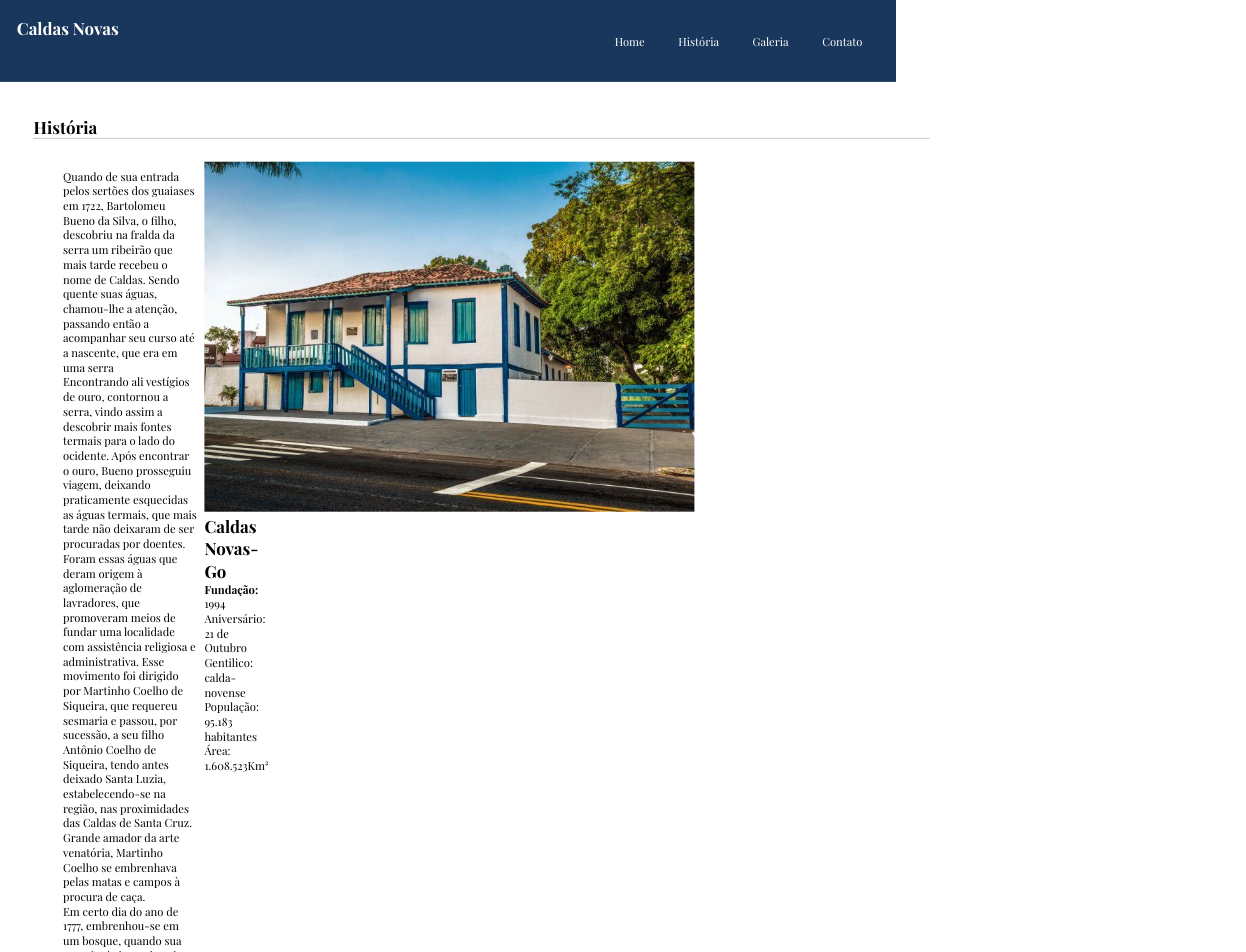
Repository: AbiezerSidonioJoseOdanacaJunior/DesafioLocalTuristico
Page: index.html
An editor plug-in stored every save of this project. The page is shown before and after the next save, followed by the edit.
The browser window is 1280 px wide. The page is 1352 px wide, then 1780 px, so the pictures cover 1780 px, including what lies to the right of the window. The pictures show the part of the page from y = 0 to 1360 px (the page is 2893 px tall before and 968 px after), at 70% of full size.
Some web fonts or font styles are not loaded; a fallback is used.

Above is the page before, as saved 2024-11-11 15:55:39.

### index.html
<!DOCTYPE html>
<html lang="pt-br">
<head>
    <link rel="preconnect" href="https://fonts.googleapis.com">
    <link rel="preconnect" href="https://fonts.gstatic.com" crossorigin>
    <meta charset="UTF-8">
    <meta name="viewport" content="width=device-width, initial-scale=1.0">
    <title>Caldas Novas</title>
    <link rel="stylesheet" href="./css/style.css">
    <link href="https://fonts.googleapis.com/css2?family=Alice&family=Playfair+Display:ital,wght@0,400..900;1,400..900&display=swap" rel="stylesheet">
</head>
<body>
    <div id="page">
        <nav>
            <!-- <img src="./img/clds.png" alt="logo Caldas novas"> -->
             <h1>Caldas Novas</h1>
            <ul>
                <li><a href="#home">Home</a></li>
                <li><a href="#history">História</a></li>
                <li><a href="#gallery">Galeria</a></li>
                <li><a href="#contact">Contato</a></li>
            </ul>
        </nav>
        <main>
            <section id="history">
                <h1>História</h1>
                <hr>
               <div id="about">
                <div id="text-history">
                    <p>Quando de sua entrada pelos sertões dos guaiases em 1722, Bartolomeu Bueno da Silva, o filho, descobriu na fralda da serra um ribeirão que mais tarde recebeu o nome de Caldas. Sendo quente suas águas, chamou-lhe a atenção, passando então a acompanhar seu curso até a nascente, que era em uma serra</p>
                    <p>Encontrando ali vestígios de ouro, contornou a serra, vindo assim a descobrir mais fontes termais para o lado do ocidente. Após encontrar o ouro, Bueno prosseguiu viagem, deixando praticamente esquecidas as águas termais, que mais tarde não deixaram de ser procuradas por doentes.</p>
                    <p>Foram essas águas que deram origem à aglomeração de lavradores, que promoveram meios de fundar uma localidade com assistência religiosa e administrativa. Esse movimento foi dirigido por Martinho Coelho de Siqueira, que requereu sesmaria e passou, por sucessão, a seu filho Antônio Coelho de Siqueira, tendo antes deixado Santa Luzia, estabelecendo-se na região, nas proximidades das Caldas de Santa Cruz.</p>
                    <p>Grande amador da arte venatória, Martinho Coelho se embrenhava pelas matas e campos à procura de caça.</p>
                    <p>Em certo dia do ano de 1777, embrenhou-se em um bosque, quando sua atenção é chamada pelos ganidos da matilha, que, no ardor da corrida haviam-se lançado em umas águas que se encontravam no caminho. Verifica, assim, serem as mesmas excessivamente quentes.</p>
                    <p>Foram, então, descobertas as fontes termais que ficaram conhecidas como Caldas de Pirapitinga. Ainda naquele mesmo ano, Martinho Coelho descobre, a 16 de fevereiro, as fontes termais que margeiam o córrego de Lavras, que receberam o nome de Caldas Novas (atualmente ali, se localiza o Balneário Municipal). Ao mesmo tempo, descobriu também ouro em abundância, sendo a razão de haver requerido sesmaria naquela região. Construindo uma propriedade à margem esquerda do córrego de Lavras, ali se estabeleceu, denominando o local de Fazenda das Caldas, dedicando-se à extração de ouro que existia em abundância.</p>
                    <p>Propagada a existência do ouro das Lavras, levas de garimpeiros dirigiram-se ao local no afã de fazer fortuna. O serviço de garimpagem dia a dia tornava-se mais intenso, formando-se grandes lavras ao longo do córrego, pouco acima das fontes. Por esse motivo, recebeu o nome de córrego das Lavras. Não ·apenas os garimpeiros atraíam os forasteiros como também as fontes termais arrastavam ao local certo número de enfermos.</p>
                    <p>Com o movimento, foram sendo construídas as primeiras habitações que se enfileiravam ao longo do córrego, nas imediações da fazenda Caldas, formando-se ‘assim a primeira povoação, que fica hoje ao lado oposto da atual cidade de Caldas Novas, na margem esquerda do ribeirão.</p>
                </div>
                <div id="image-history">
                    <img src="./img/imghistory.jpg" alt="Imagem Caldas">
                    <h2>Caldas Novas-Go</h2>
                    <p><b>Fundação:</b> 1994 </p>
                    <p>Aniversário: 21 de Outubro </p>
                    <p>Gentilico: calda-novense </p>
                    <p>População: 95.183 habitantes</p>
                    <p>Área: 1.608.523Km²</p>
                </div>
               </div>
            </section>
        </main>
    </div>

</body>
</html>

### css/style.css
* {
    padding: 0;
    margin: 0;
}
body{
    font-family: "Playfair Display", serif;
}

nav {
    display: flex;
    background-color: #19375c;
}

nav img {
    width: 116px;
    height: 92px;
}

nav h1{
    color:#fff;
    padding: 24px;
}

ul{
    display: flex;
    padding: 24px;
    margin-left: auto;
}

ul li {
    padding: 24px;
    list-style: none;
}

ul li a {
    text-decoration: none;
    color: #fff;
}

#history {
    width: 100%;
    padding: 24px;
    margin: 24px;
}

#about {
    width: 100%;
    display: flex;
    margin: 16px;
    padding: 16px;
}

#text-history {
    flex: 0 0 75%; /* Ocupa 75% da largura */
    padding: 10px;
}

#about, #image-history {
    width: 20%;
}

After the next save:
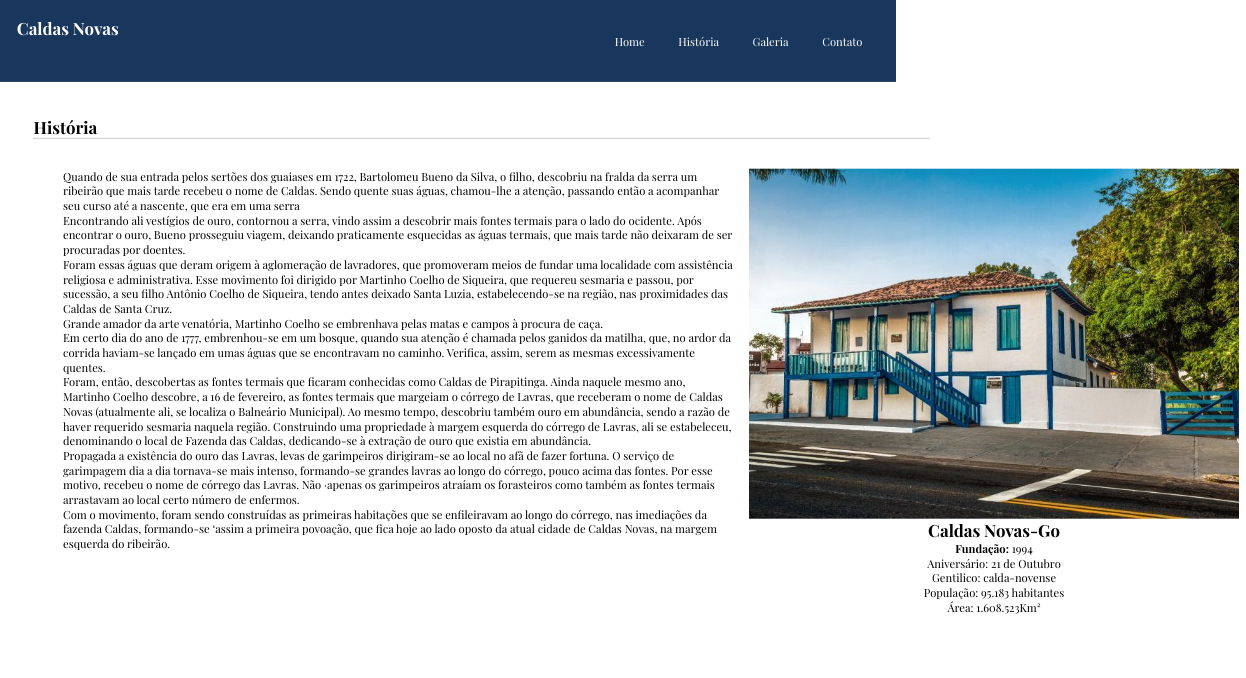
Saved 31 s later.
--- a/css/style.css
+++ b/css/style.css
@@ -55,6 +55,11 @@
     padding: 10px;
 }
 
-#about, #image-history {
-    width: 20%;
+#image-history {
+    flex: 0 0 25%; /* Ocupa 25% da largura */
+    padding: 10px;
+    display: flex;
+    flex-direction: column;
+    align-items: center;
+    text-align: center;
 }
